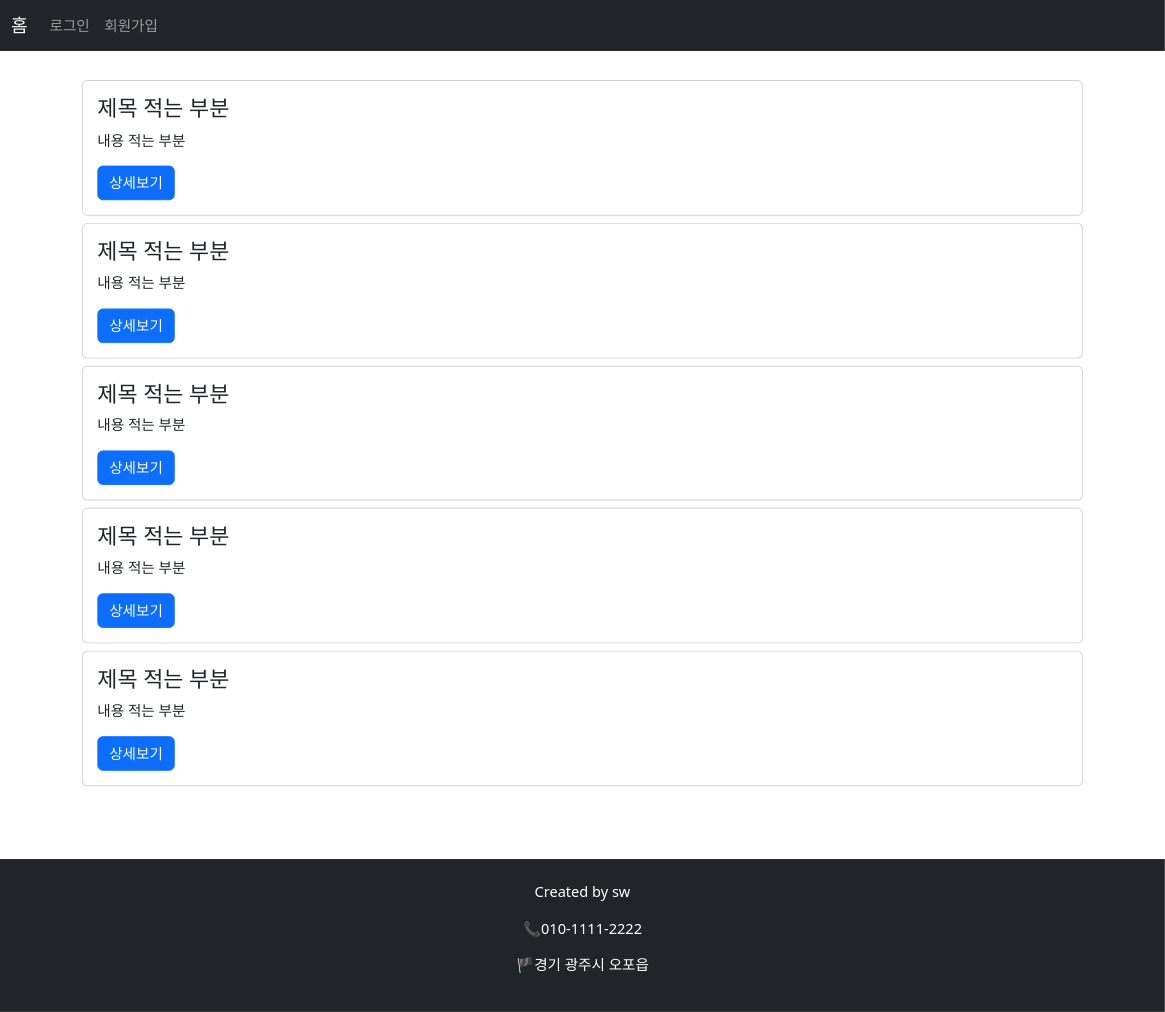
Repository: ksw0502/Springboot-JPA-Blog
Page: http://localhost/blog/WEB-INF/views/index.jsp
The author's editor kept a copy of each file at every save. The page is drawn from the files as they stood at one save, then again after the next save.
The browser window is 1280 px wide. The pictures show the whole page, at 91% of full size.
The page is served by Tomcat 9. Nobody is signed in. Other server files are loaded and not shown. The template is opened directly, without the code that normally fills it, so the values that code supplies are empty.

Above is the page before, as saved 2023-11-25 16:03:37.

### blog/src/main/webapp/WEB-INF/views/index.jsp
<%@ page language="java" contentType="text/html; charset=UTF-8" pageEncoding="UTF-8"%>

<%@ include file="layout/header.jsp"%>

<div class="container">
	<div class="card m-2">
		<div class="card-body">
			<h4 class="card-title">제목 적는 부분</h4>
			<p class="card-text">내용 적는 부분</p>
			<a href="#" class="btn btn-primary">상세보기</a>
		</div>
	</div>

	<div class="card m-2">
		<div class="card-body">
			<h4 class="card-title">제목 적는 부분</h4>
			<p class="card-text">내용 적는 부분</p>
			<a href="#" class="btn btn-primary">상세보기</a>
		</div>
	</div>

	<div class="card m-2">
		<div class="card-body">
			<h4 class="card-title">제목 적는 부분</h4>
			<p class="card-text">내용 적는 부분</p>
			<a href="#" class="btn btn-primary">상세보기</a>
		</div>
	</div>


	<div class="card m-2">
		<div class="card-body">
			<h4 class="card-title">제목 적는 부분</h4>
			<p class="card-text">내용 적는 부분</p>
			<a href="#" class="btn btn-primary">상세보기</a>
		</div>
	</div>

	<div class="card m-2">
		<div class="card-body">
			<h4 class="card-title">제목 적는 부분</h4>
			<p class="card-text">내용 적는 부분</p>
			<a href="#" class="btn btn-primary">상세보기</a>
		</div>
	</div>
</div>
<%@ include file="layout/footer.jsp"%>

### blog/src/main/webapp/WEB-INF/views/layout/header.jsp
<%@ page language="java" contentType="text/html; charset=UTF-8" pageEncoding="UTF-8"%>

<!DOCTYPE html>
<html lang="en">
<head>
<title>블로그</title>
<meta charset="utf-8">
<meta name="viewport" content="width=device-width, initial-scale=1">
<link href="https://cdn.jsdelivr.net/npm/bootstrap@5.3.2/dist/css/bootstrap.min.css" rel="stylesheet">

</head>
<body>

	<nav class="navbar navbar-expand-sm bg-dark navbar-dark">
		<div class="container-fluid">
			<a class="navbar-brand" href="/blog">홈</a>
			<button class="navbar-toggler" type="button" data-bs-toggle="collapse" data-bs-target="#collapsibleNavbar">
				<span class="navbar-toggler-icon"></span>
			</button>
			<div class="collapse navbar-collapse" id="collapsibleNavbar">
				<ul class="navbar-nav">
					<li class="nav-item"><a class="nav-link" href="/user/login">로그인</a></li>
					<li class="nav-item"><a class="nav-link" href="/user/join">회원가입</a></li>
				</ul>
			</div>
		</div>
	</nav>
	<br />

### blog/src/main/webapp/WEB-INF/views/layout/footer.jsp
<%@ page language="java" contentType="text/html; charset=UTF-8" pageEncoding="UTF-8"%>
<br />
<div class="mt-5 p-4 bg-dark text-white text-center">
	<p>Created by sw</p>
	<p>📞010-1111-2222</p>
	<p>🏴경기 광주시 오포읍</p>
</div>

<script src="https://cdn.jsdelivr.net/npm/bootstrap@5.3.2/dist/js/bootstrap.bundle.min.js"></script>
</body>
</html>

After the next save:
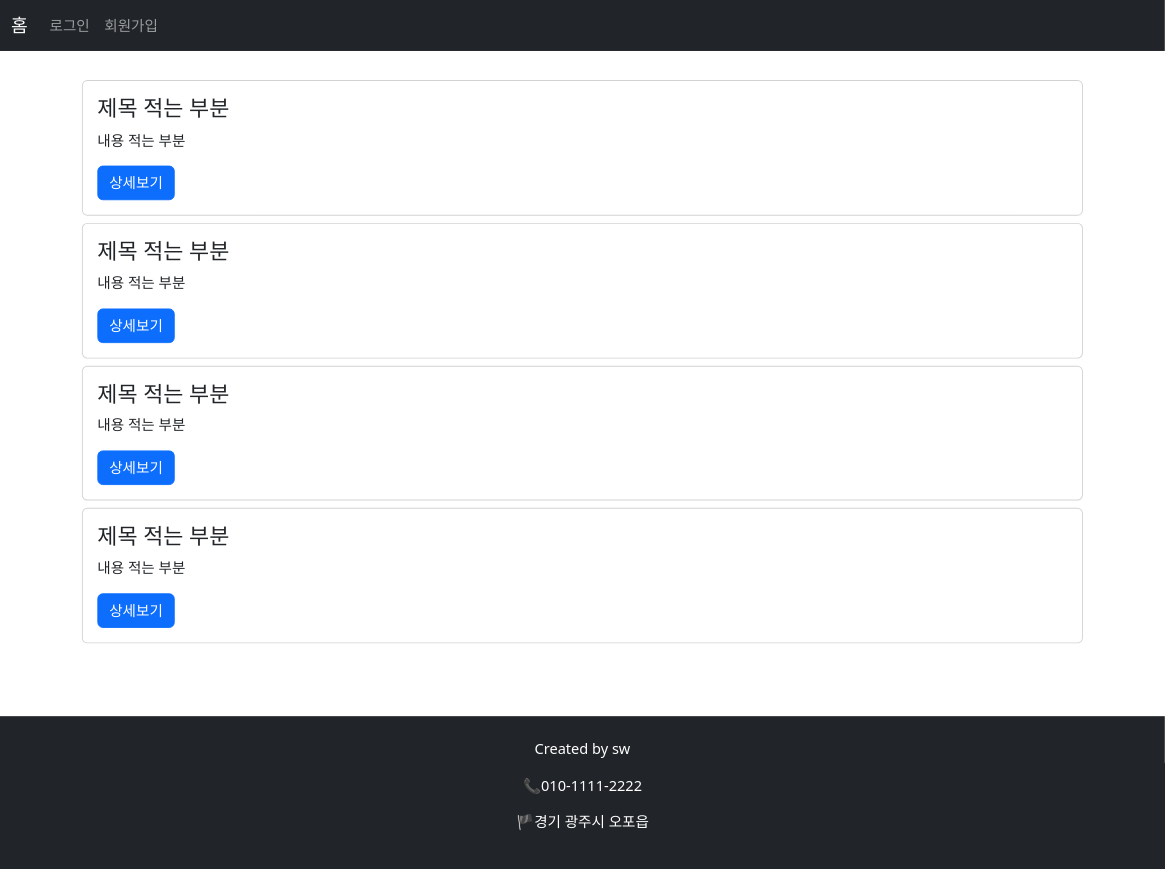
Saved 15 s later.
--- a/blog/src/main/webapp/WEB-INF/views/index.jsp
+++ b/blog/src/main/webapp/WEB-INF/views/index.jsp
@@ -36,12 +36,6 @@
 		</div>
 	</div>
 
-	<div class="card m-2">
-		<div class="card-body">
-			<h4 class="card-title">제목 적는 부분</h4>
-			<p class="card-text">내용 적는 부분</p>
-			<a href="#" class="btn btn-primary">상세보기</a>
-		</div>
-	</div>
+
 </div>
 <%@ include file="layout/footer.jsp"%>
